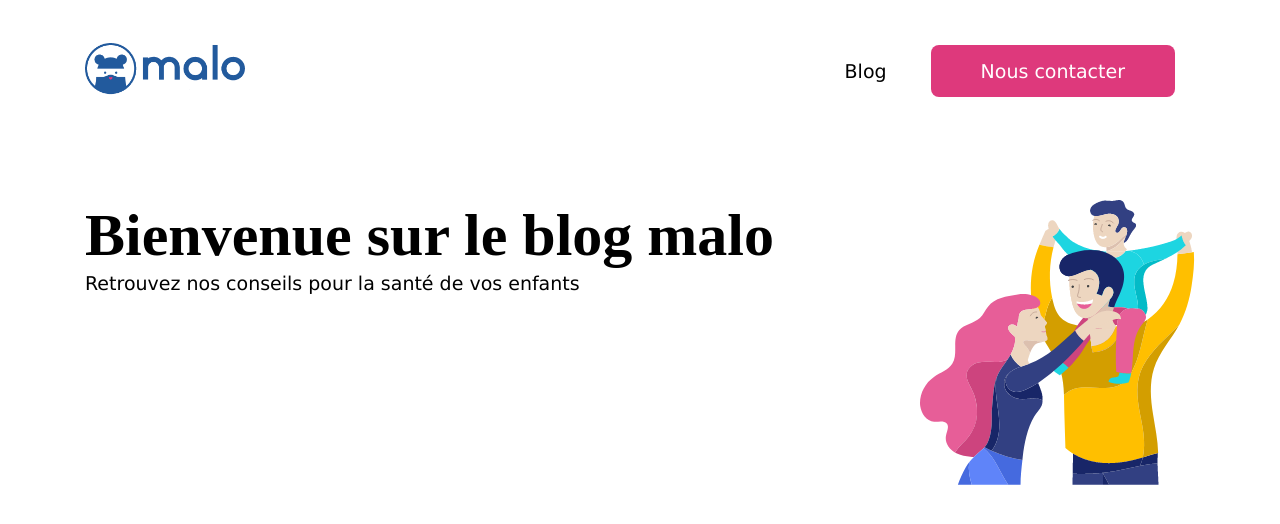
Repository: carbone-dev/keli-malo
Page: blog.html
These files come from the project's save history. The page is drawn as it stood at one moment and after the next save; the edit follows.
The browser window is 1280 px wide. The pictures show the whole page.

Above is the page before, as saved 2020-12-09 12:34:46.

After the next save:
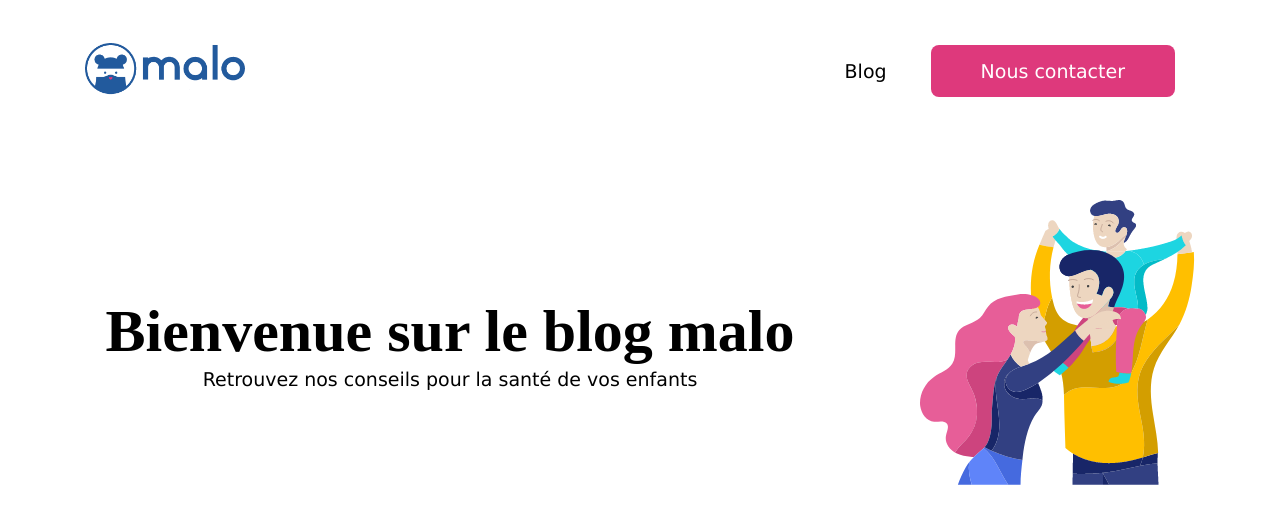
Saved 14 s later.
--- a/blog.html
+++ b/blog.html
@@ -56,7 +56,7 @@
               </div>
         </div>
 
-        <div class="top-content row ">
+        <div class="top-content row justify-content-sm-center">
             <div class="col-12 col-md-8">
                 <h1>
                     Bienvenue sur le blog malo
